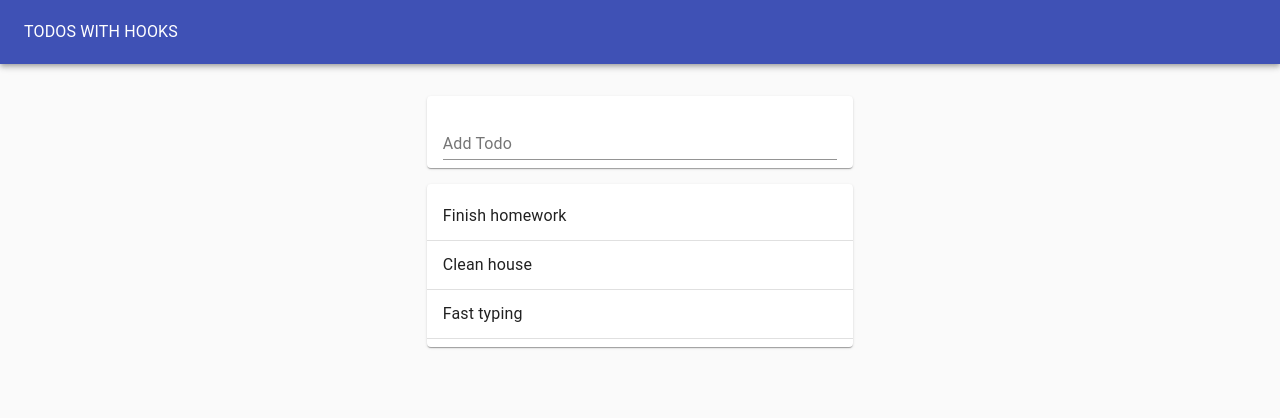
Repository: fulman/todo
Page: /
The author's editor kept a copy of each file at every save. The page is drawn from the files as they stood at one save, then again after the next save.
The browser window is 1280 px wide. The pictures show the whole page.
The project was rebuilt for these pictures with package versions that can differ from the ones it lists, and the page was loaded fresh each time.

Above is the page before, as saved 2020-09-27 13:24:36.

### src/App.js
import React from "react";
import TodoApp from "./TodoApp";

function App() {
  return <TodoApp />;
}

export default App;

### src/TodoApp.js
import React, { useState } from "react";
import Typography from "@material-ui/core/Typography";
import Paper from "@material-ui/core/Paper";
import AppBar from "@material-ui/core/AppBar";
import Toolbar from "@material-ui/core/Toolbar";
import Grid from "@material-ui/core/Grid";
import TodoList from "./TodoList";
import TodoForm from "./TodoForm";

function TodoApp() {
  const initialTodos = [
    { id: 1, task: "Finish homework", completed: false },
    { id: 2, task: "Clean house", completed: true },
    { id: 3, task: "Fast typing", completed: false },
  ];
  const [todos, setTodos] = useState(initialTodos);
  const addTodo = (newTodoText) => {
    setTodos([...todos, { id: 4, task: newTodoText, completed: false }]);
  };
  return (
    <Paper
      style={{
        padding: 0,
        margin: 0,
        height: "100vh",
        backgroundColor: "#fafafa",
      }}
      elevation={0}
    >
      <AppBar color="primary" position="static" style={{ height: "64px" }}>
        <Toolbar>
          <Typography color="inherit">TODOS WITH HOOKS</Typography>
        </Toolbar>
      </AppBar>
      <Grid container justify="center" style={{ marginTop: "1rem" }}>
        <Grid item xs={11} md={8} lg={4}>
          <TodoForm addTodo={addTodo} />
          <TodoList todos={todos} />
        </Grid>
      </Grid>
    </Paper>
  );
}

export default TodoApp;

### src/TodoList.js
import React from "react";
import Paper from "@material-ui/core/Paper";
import List from "@material-ui/core/List";
import Divider from "@material-ui/core/Divider";
import Todo from "./Todo";

function TodoList(props) {
  return (
    <Paper>
      <List>
        {props.todos.map((todo) => (
          <>
            <Todo key={todo.id} task={todo.task} completed={todo.completed} />
            <Divider />
          </>
        ))}
      </List>
    </Paper>
  );
}

export default TodoList;

### src/TodoForm.js
import React from "react";
import Paper from "@material-ui/core/Paper";
import TextField from "@material-ui/core/TextField";
import useInputState from "./hooks/useInputState";

function TodoForm({ addTodo }) {
  const [value, handleChange, reset] = useInputState("");
  return (
    <Paper style={{ margin: "1rem 0", padding: "0 1rem" }}>
      <form
        onSubmit={(e) => {
          e.preventDefault();
          addTodo(value);
          reset();
        }}
      >
        <TextField
          value={value}
          label="Add Todo"
          margin="normal"
          fullWidth
          onChange={handleChange}
        />
      </form>
    </Paper>
  );
}
export default TodoForm;

### src/Todo.js
import React from "react";
import ListItem from "@material-ui/core/ListItem";
import ListItemText from "@material-ui/core/ListItemText";

function Todo({ task, completed }) {
  return (
    <ListItem>
      <ListItemText>{task}</ListItemText>
    </ListItem>
  );
}

export default Todo;

### src/hooks/useInputState.js
import { useState } from "react";

export default (initialValue) => {
  const [value, setValue] = useState(initialValue);
  const handleChange = (e) => {
    setValue(e.target.value);
  };
  const reset = () => {
    setValue("");
  };
  return [value, handleChange, reset];
};

Loaded but not shown: public/index.html (common file); src/index.js (common file); src/index.css (common file); src/serviceWorker.js (common file)

After the next save:
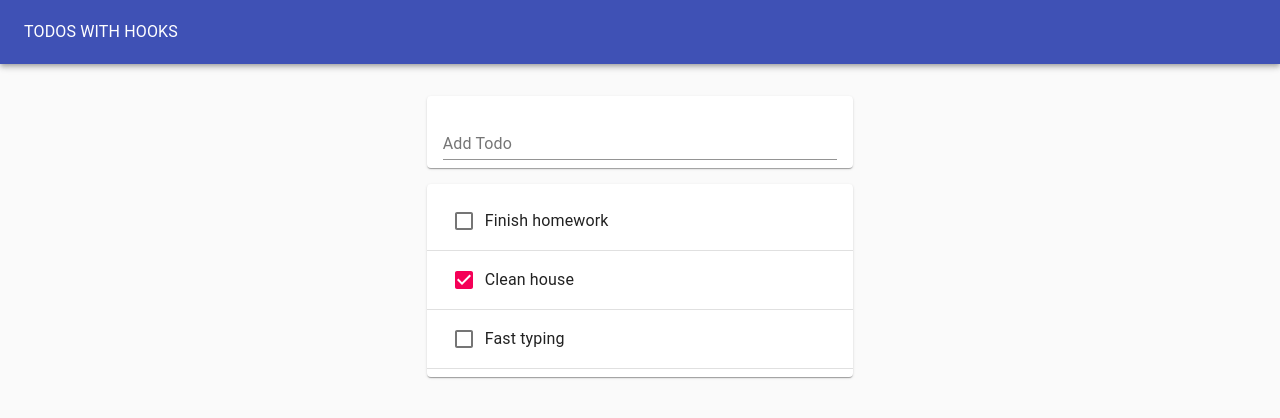
Saved 63 s later.
--- a/src/Todo.js
+++ b/src/Todo.js
@@ -1,10 +1,12 @@
 import React from "react";
 import ListItem from "@material-ui/core/ListItem";
 import ListItemText from "@material-ui/core/ListItemText";
+import Checkbox from "@material-ui/core/Checkbox";
 
 function Todo({ task, completed }) {
   return (
     <ListItem>
+      <Checkbox checked={completed} />
       <ListItemText>{task}</ListItemText>
     </ListItem>
   );
